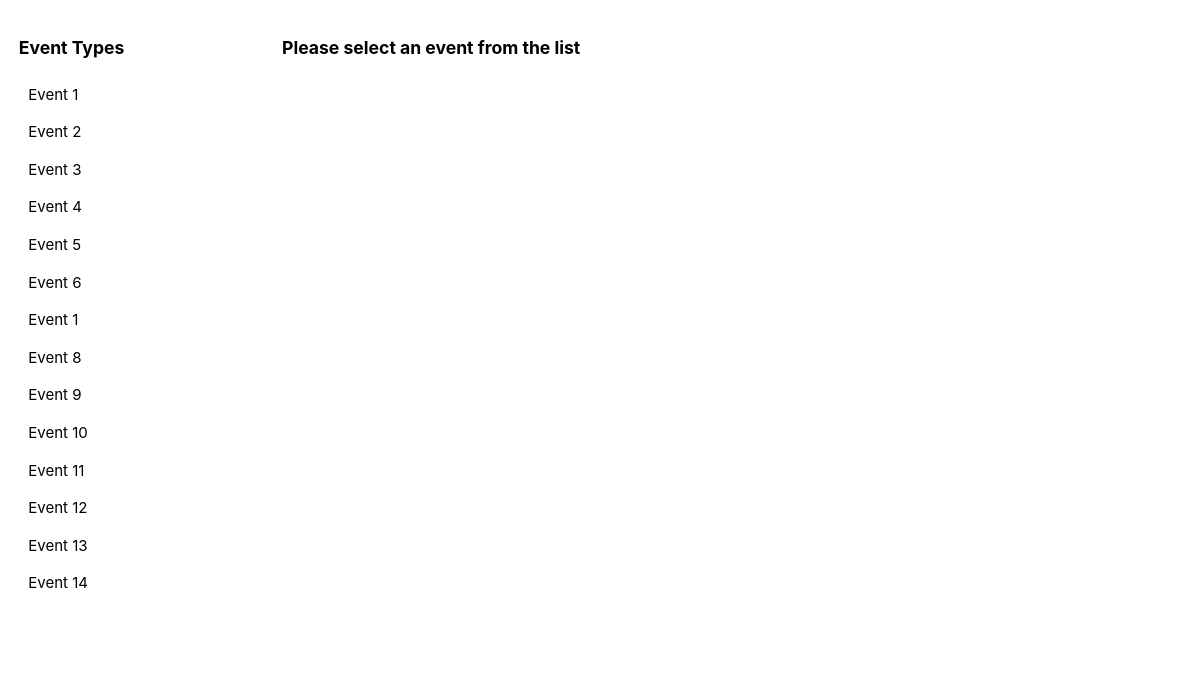
Repository: TauqeerHusain/Assignment
Page: /
The author's editor kept a copy of each file at every save. The page is drawn from the files as they stood at one save, then again after the next save.
The browser window is 1280 px wide. The pictures show the whole page, at 94% of full size.
The project was rebuilt for these pictures with package versions that can differ from the ones it lists, and the page was loaded fresh each time.

Above is the page before, as saved 2023-02-06 22:08:39.

After the next save:
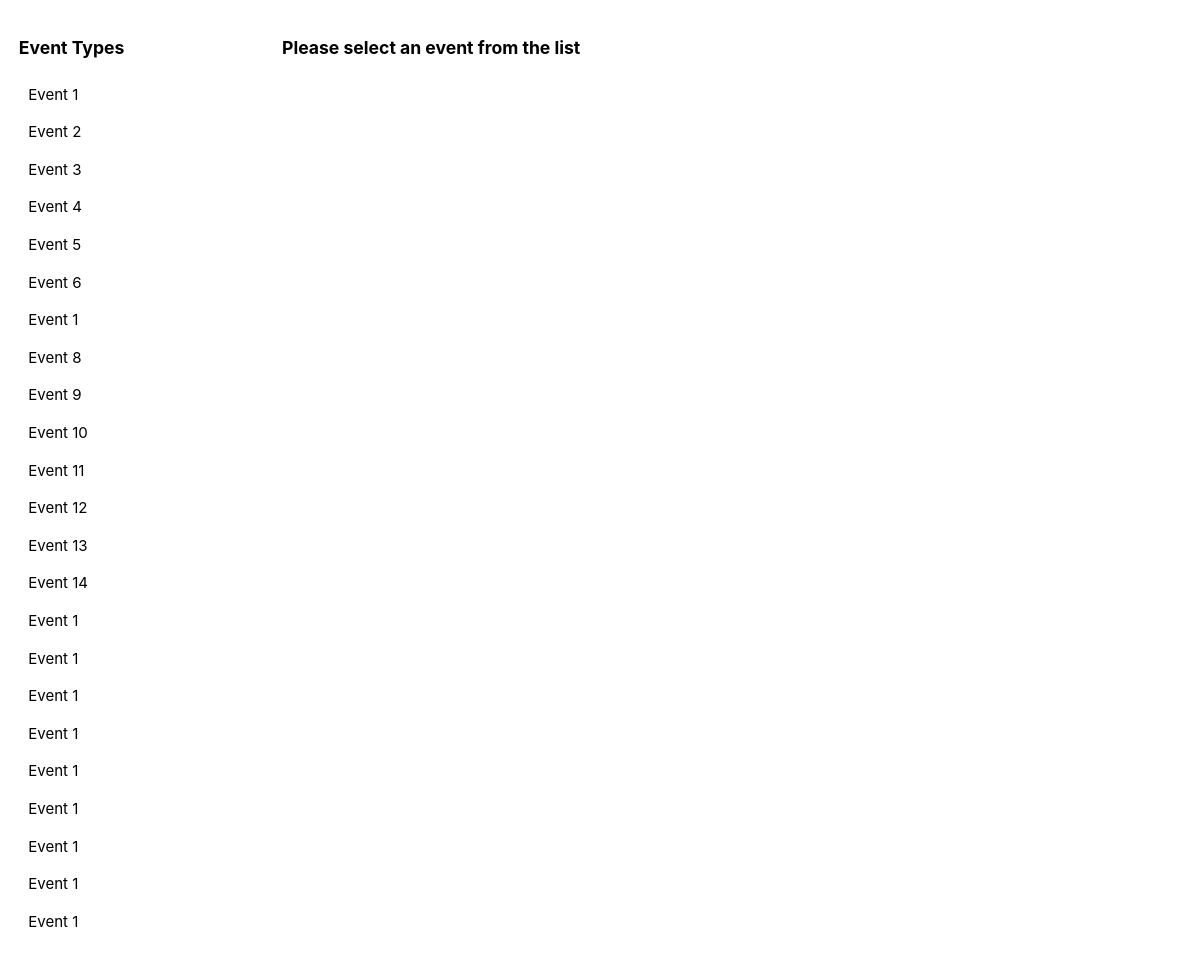
Saved 65 s later.
--- a/src/App.js
+++ b/src/App.js
@@ -86,6 +86,60 @@ const App = () => {
       location: "New York",
       description: "Description for event 14",
     },
+    {
+      name: "Event 1",
+      date: "01/01/2023",
+      location: "New York",
+      description: "Description for event 1",
+    },
+    {
+      name: "Event 1",
+      date: "01/01/2023",
+      location: "New York",
+      description: "Description for event 1",
+    },
+    {
+      name: "Event 1",
+      date: "01/01/2023",
+      location: "New York",
+      description: "Description for event 1",
+    },
+    {
+      name: "Event 1",
+      date: "01/01/2023",
+      location: "New York",
+      description: "Description for event 1",
+    },
+    {
+      name: "Event 1",
+      date: "01/01/2023",
+      location: "New York",
+      description: "Description for event 1",
+    },
+    {
+      name: "Event 1",
+      date: "01/01/2023",
+      location: "New York",
+      description: "Description for event 1",
+    },
+    {
+      name: "Event 1",
+      date: "01/01/2023",
+      location: "New York",
+      description: "Description for event 1",
+    },
+    {
+      name: "Event 1",
+      date: "01/01/2023",
+      location: "New York",
+      description: "Description for event 1",
+    },
+    {
+      name: "Event 1",
+      date: "01/01/2023",
+      location: "New York",
+      description: "Description for event 1",
+    },
   ]);
 
   const [selectedEvent, setSelectedEvent] = useState(null);
